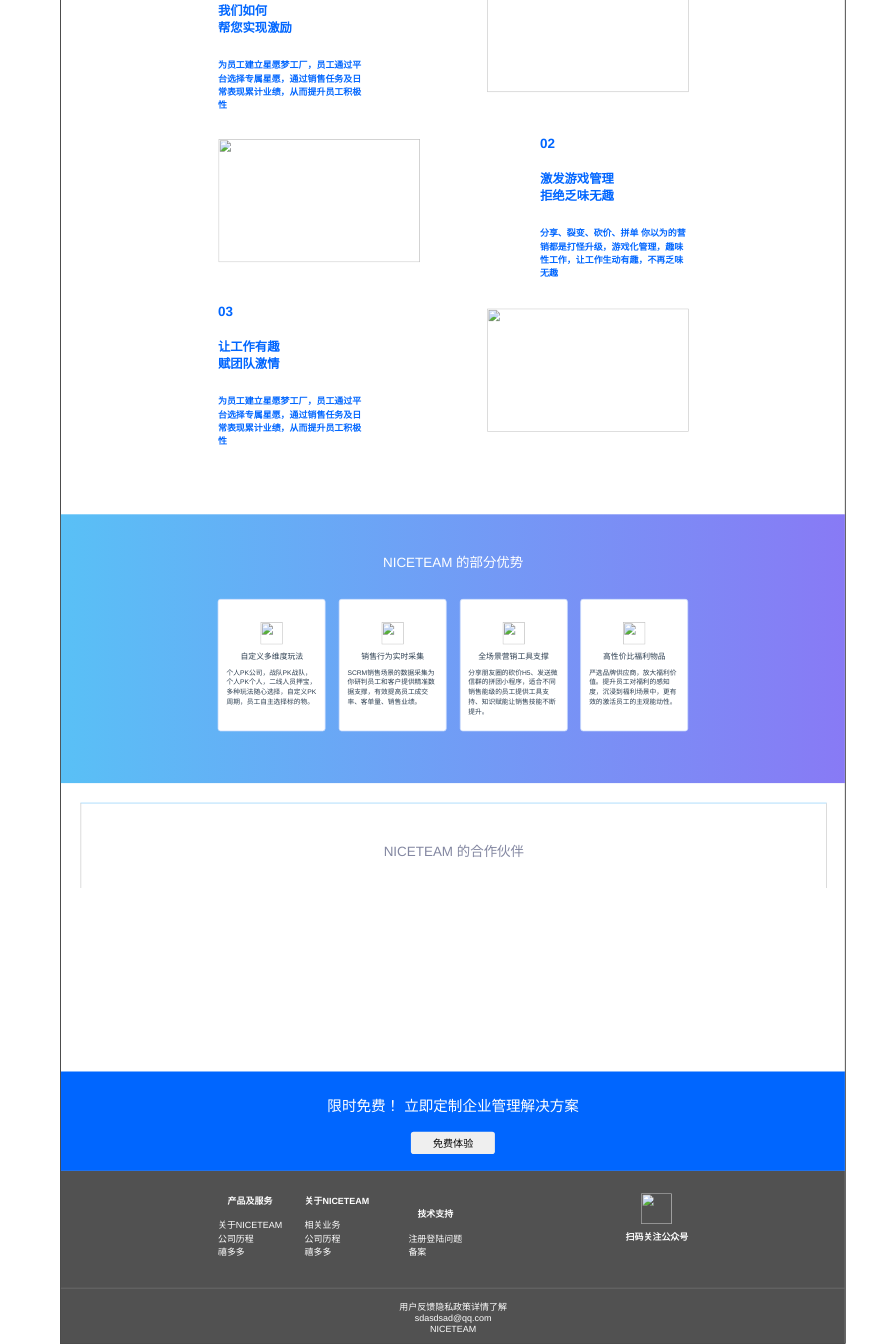
Repository: Alex-2020-0211/xrkj-guanwang
Page: / (app in src/)
These files come from the project's save history. The page is drawn as it stood at one moment and after the next save; the edit follows.
The browser window is 1280 px wide. The pictures show the part of the page from y = 1114 to 3034 px (the page is 3034 px tall), at 70% of full size.
The project was rebuilt for these pictures with package versions that can differ from the ones it lists, and the page was loaded fresh each time. Imported but missing from the stored project, and not drawn on this page: src/src/views/About.vue.

Above is the page before, as saved 2021-01-04 11:36:57.

### src/public/index.html
<!DOCTYPE html>
<html lang="en">
  <head>
    <meta charset="utf-8">
    <meta http-equiv="X-UA-Compatible" content="IE=edge">
    <meta name="viewport" content="width=device-width,initial-scale=1.0">
    <link rel="icon" href="<%= BASE_URL %>favicon.ico">
    <title><%= htmlWebpackPlugin.options.title %></title>
  </head>
  <body>
    <noscript>
      <strong>We're sorry but <%= htmlWebpackPlugin.options.title %> doesn't work properly without JavaScript enabled. Please enable it to continue.</strong>
    </noscript>
    <div id="app"></div>
    <!-- built files will be auto injected -->
  </body>
  <script>
    (function(){
      var html = document.documentElement;
      function onWindowResize(){
        html.style.fontSize = html.getBoundingClientRect().width / 16 + 'px';
      }
      window.addEventListener('resize',onWindowResize);
      onWindowResize();
    })();
  </script>
</html>

### src/src/main.js
import Vue from 'vue'
import ElementUI from 'element-ui'
import App from './App.vue'
import router from './router'
import store from './store'

import "../src/assets/css/reset.css"

Vue.config.productionTip = false

new Vue({
  router,
  store,
  render: h => h(App)
}).$mount('#app')

### src/src/App.vue
<template>
  <div id="app" v-cloak>
    <router-view />
  </div>
</template>

<style lang="scss">
[v-cloak] {
  display: none !important;
}
#app {
  font-family: Avenir, Helvetica, Arial, sans-serif;
  -webkit-font-smoothing: antialiased;
  -moz-osx-font-smoothing: grayscale;
  text-align: center;
  color: #2c3e50;
}
</style>

### src/src/assets/css/reset.css
html {
    overflow-x: auto;
    overflow-y: scroll;
}

body,
dl,
dt,
dd,
ul,
ol,
li,
pre,
form,
fieldset,
input,
p,
blockquote,
th,
td {
    font-weight: 400;
    margin: 0;
    padding: 0;
}

h1,
h2,
h3,
h4,
h4,
h5 {
    margin: 0;
    padding: 0;
}

body {
    background-color: #FFFFFF;
    color: #666666;
    font-family: Helvetica, Arial, sans-serif;
    font-size: 12px;
    padding: 0 10px;
    text-align: left;
}

select {
    font-size: 12px;
}

table {
    border-collapse: collapse;
}

fieldset,
img {
    border: 0 none;
}

fieldset {
    margin: 0;
    padding: 0;
}

fieldset p {
    margin: 0;
    padding: 0 0 0 8px;
}

legend {
    display: none;
}

address,
caption,
em,
strong,
th,
i {
    font-style: normal;
    font-weight: 400;
}

table caption {
    margin-left: -1px;
}

hr {
    border-bottom: 1px solid #FFFFFF;
    border-top: 1px solid #E4E4E4;
    border-width: 1px 0;
    clear: both;
    height: 2px;
    margin: 5px 0;
    overflow: hidden;
}

ol,
ul {
    list-style-image: none;
    list-style-position: outside;
    list-style-type: none;
}

caption,
th {
    text-align: left;
}

q:before,
q:after,
blockquote:before,
blockquote:after {
    content: ””;
}

### src/src/views/Home.vue
<template>
  <div class="home">
    <!-- 边框 -->
    <div class="border">
      <!-- 头部 -->
      <Header></Header>
      <!-- 介绍 -->
      <div class="introduce">
        <dl>
          <dt>应用价值</dt>
          <dd>VALUE</dd>
        </dl>
        <div class="content">
          <div class="container">
            <div class="item" @mouseenter="mouseenter()">
              <p class="circle"></p>
              <title>弹性福利</title>
              <p class="describe1">好的员工</p>
              <p class="describe1">是夸出来的</p>
            </div>
            <div class="item2" v-show="isDetail" @mouseleave="mouseleave()">
              <title>弹性福利</title>
              <p class="line"></p>
              <p class="detail">
                根据员工工作日常表现发放福利，员工选择心仪礼物，降低激励成本，提高激励效果
              </p>
            </div>
            <div class="item">
              <p class="circle"></p>
              <title>智能获客</title>
              <p class="describe2">最好的广告是口口相传</p>
            </div>
            <div class="item">
              <p class="circle"></p>
              <title>销售激励</title>
              <p class="describe3">让工作如此有趣真是不好意思</p>
            </div>
          </div>
        </div>
      </div>
      <!-- 方法原理 -->
      <div class="way">
        <div class="wayHeader">
          <h3>销售管理就选 NICETEAM</h3>
          <p>
            <span>高效协作</span> | <span>有效裂变</span> |
            <span>免费注册下载</span>
          </p>
        </div>
        <div class="means">
          <span class="sort">01</span>
          <p>我们如何</p>
          <p>帮您实现激励</p>
          <p class="star">
            为员工建立星愿梦工厂，员工通过平台选择专属星愿，通过销售任务及日常表现累计业绩，从而提升员工积极性
          </p>
        </div>
        <img class="img" src="" alt="" />
        <div class="means">
          <span class="sort" style="margin-left: 5.75rem;">02</span>
          <p style="margin-left: 5.75rem; width:2rem;">激发游戏管理</p>
          <p style="margin-left: 5.75rem; width:2rem;">拒绝乏味无趣</p>
          <p class="star" style="margin-left: 5.75rem;">
            分享、裂变、砍价、拼单
            你以为的营销都是打怪升级，游戏化管理，趣味性工作，让工作生动有趣，不再乏味无趣
          </p>
        </div>
        <img class="img" src="" alt="" style="top: 16.41rem; right: 8.5rem;" />
        <div class="means">
          <span class="sort">03</span>
          <p>让工作有趣</p>
          <p>赋团队激情</p>
          <p class="star">
            为员工建立星愿梦工厂，员工通过平台选择专属星愿，通过销售任务及日常表现累计业绩，从而提升员工积极性
          </p>
        </div>
        <img class="img" src="" alt="" style="top: 19.44rem;" />
      </div>
      <!-- 优势 -->
      <div class="advantage">
        <h5>NICETEAM 的部分优势</h5>
        <div class="advan">
          <div class="box">
            <img src="" alt="" />
            <dl>
              <dt>自定义多维度玩法</dt>
              <dd>
                个人PK公司，战队PK战队，个人PK个人，二线人员押宝，多种玩法随心选择，自定义PK周期，员工自主选择标的物。
              </dd>
            </dl>
          </div>
          <div class="box">
            <img src="" alt="" />
            <dl>
              <dt>销售行为实时采集</dt>
              <dd>
                SCRM销售场景的数据采集为你研判员工和客户提供精准数据支撑，有效提高员工成交率、客单量、销售业绩。
              </dd>
            </dl>
          </div>
          <div class="box">
            <img src="" alt="" />
            <dl>
              <dt>全场景营销工具支撑</dt>
              <dd>
                分享朋友圈的砍价H5、发送微信群的拼团小程序，适合不同销售能级的员工提供工具支持、知识赋能让销售技能不断提升。
              </dd>
            </dl>
          </div>
          <div class="box">
            <img src="" alt="" />
            <dl>
              <dt>高性价比福利物品</dt>
              <dd>
                严选品牌供应商，放大福利价值。提升员工对福利的感知度，沉浸到福利场景中，更有效的激活员工的主观能动性。
              </dd>
            </dl>
          </div>
        </div>
      </div>
      <!-- 合作伙伴 -->
      <div class="partners">
        <div class="friend">
          <h5>NICETEAM 的合作伙伴</h5>
        </div>
      </div>
      <!-- 底部 -->
      <div class="footer">
        <div class="footerTop">
          <h5>限时免费！ 立即定制企业管理解决方案</h5>
          <button>免费体验</button>
        </div>
        <div class="footerBottom">
          <div class="detail">
            <div class="left">
              <dl>
                <dt>产品及服务</dt>
                <dd>关于NICETEAM</dd>
                <dd>公司历程</dd>
                <dd>禧多多</dd>
              </dl>
              <dl>
                <dt>关于NICETEAM</dt>
                <dd>相关业务</dd>
                <dd>公司历程</dd>
                <dd>禧多多</dd>
              </dl>
              <dl class="jishu">
                <dt>技术支持</dt>
                <dd>注册登陆问题</dd>
                <dd>备案</dd>
                <dd style="height: 0.24rem;"></dd>
              </dl>
            </div>
            <div class="right">
              <img src="" alt="" />
              <p>扫码关注公众号</p>
            </div>
          </div>
          <p class="line"></p>
          <div class="bottom">
            <dl>
              <dt><span>用户反馈</span><span>隐私政策</span><span>详情了解</span></dt>
              <dd>sdasdsad@qq.com</dd>
            </dl>
            <p><img src="" alt=""><span>NICETEAM</span></p>
          </div>
        </div>
      </div>
    </div>
  </div>
</template>

<script>
// @ is an alias to /src
import Header from "../components/Header";

export default {
  name: "Home",
  components: {
    Header,
  },
  data() {
    return {
      isDetail: false,
    };
  },
  methods: {
    mouseenter() {
      console.log("111");
      this.isDetail = true;
    },
    mouseleave() {
      console.log("222");
      this.isDetail = false;
    },
  },
};
</script>

<style lang="scss" scoped>
.home {
  font-size: 0.16rem;
  .border {
    width: 88.88%;
    margin-top: 0.5rem;
    margin-left: 6.06%;
    border: 0.01rem solid #000;

    // 介绍
    .introduce {
      width: 100%;
      height: 5.5rem;
      dl {
        margin-top: 0.6rem;
        dt {
          font-size: 0.24rem;
          font-weight: bold;
          letter-spacing: 0.03rem;
          margin-bottom: 0.13rem;
        }
        dd {
          font-size: 0.18rem;
          font-weight: bold;
        }
      }
      .content {
        width: 60%;
        margin-left: 20%;
        margin-top: 0.6rem;
        .container {
          display: flex;
          justify-content: space-between;
          overflow: hidden;
          background-color: #fff;
          z-index: 999;
          .item {
            width: 2.25rem;
            height: 2.8rem;
            border: 0.01rem solid #ccc;
            border-radius: 0.15rem;
            .circle {
              width: 0.66rem;
              height: 0.66rem;
              margin-left: 0.79rem;
              margin-top: 0.46rem;
              margin-bottom: 0.15rem;
              border: 0.01rem solid rgb(78, 56, 56);
              border-radius: 50%;
            }
            title {
              display: block;
              letter-spacing: 0.01rem;
              margin-bottom: 0.5rem;
            }
            .describe1 {
              width: 0.8rem;
              margin-left: 0.725rem;
            }
            .describe2 {
              width: 0.8rem;
              margin-left: 0.725rem;
            }
            .describe3 {
              width: 1.2rem;
              margin-left: 0.525rem;
            }
          }
          @keyframes myfirst {
            from {
              top: 9.67rem;
            }
            to {
              top: 6.87rem;
            }
          }

          @-moz-keyframes myfirst {
            from {
              top: 9.67rem;
            }
            to {
              top: 6.87rem;
            }
          }

          @-webkit-keyframes myfirst {
            from {
              top: 9.67rem;
            }
            to {
              top: 6.87rem;
            }
          }

          @-o-keyframes myfirst {
            from {
              top: 9.67rem;
            }
            to {
              top: 6.87rem;
            }
          }
          .item2 {
            width: 2.25rem;
            height: 2.8rem;
            border: 0.01rem solid #ccc;
            border-radius: 0.15rem;
            color: #fff;
            background-color: #06f;
            position: absolute;
            left: 3.87rem;
            animation: myfirst 1s;
            z-index: 1;
            title {
              display: block;
              letter-spacing: 0.01rem;
              margin-top: 0.7rem;
              margin-bottom: 0.2rem;
              margin-left: 0.4rem;
              text-align: left;
            }
            .line {
              width: 0.5rem;
              border-bottom: 0.02rem solid #fff;
              margin-left: 0.4rem;
              margin-bottom: 0.2rem;
            }
            .detail {
              width: 1.4rem;
              text-align: left;
              margin-left: 0.4rem;
            }
          }
        }
      }
    }
    // 方法原理
    .way {
      height: 12rem;
      .wayHeader {
        height: 1.65rem;
        color: #fff;
        background-color: #06f;
        h3 {
          font-size: 0.24rem;
          padding-top: 0.4rem;
          padding-bottom: 0.27rem;
        }
        p {
          color: rgb(233, 229, 229);
          font-size: 0.2rem;
        }
      }
      .means {
        width: 60%;
        height: 2.4rem;
        margin-left: 20%;
        margin-top: 0.6rem;
        color: #06f;
        text-align: left;
        .sort {
          font-size: 0.24rem;
          font-weight: bold;
          display: block;
          margin-bottom: 0.3rem;
        }
        p {
          font-size: 0.22rem;
          font-weight: bold;
        }
        .star {
          width: 2.61rem;
          margin-top: 0.4rem;
          font-size: 0.16rem;
        }
      }
      .img {
        width: 3.6rem;
        height: 2.2rem;
        position: absolute;
        top: 13.38rem;
        right: 3.7rem;
      }
    }
    // 优点
    .advantage {
      width: 100%;
      height: 4.8rem;
      background: linear-gradient(to right, #59c0f6, #887af5);
      h5 {
        color: #fff;
        font-size: 0.24rem;
        font-weight: normal;
        padding-top: 0.66rem;
        padding-bottom: 0.5rem;
      }
      .advan {
        display: flex;
        width: 60%;
        margin-left: 20%;
        justify-content: space-between;
        .box {
          width: 1.9rem;
          height: 2.34rem;
          background-color: #fff;
          border-radius: 0.05rem;
          border: 0.02rem solid #cfdffd;
          // box-shadow: 5px 5px 3px #ccc;
          img {
            width: 0.4rem;
            height: 0.4rem;
            margin-top: 0.4rem;
            margin-bottom: 0.1rem;
          }
          dl {
            dt {
              font-size: 0.14rem;
              margin-bottom: 0.1rem;
            }
            dd {
              width: 85%;
              margin-left: 7.5%;
              font-size: 0.12rem;
              text-align: left;
            }
          }
        }
      }
    }
    // 合作伙伴
    .partners {
      height: 4.8rem;
      .friend {
        width: 95%;
        margin-left: 2.5%;
        margin-top: 2.5%;
        border-top: 0.02rem solid #90cffa;
        border-left: 0.01rem solid #ccc;
        border-right: 0.01rem solid #ccc;
        h5 {
          color: #8387a1;
          font-size: 0.24rem;
          font-weight: normal;
          padding-top: 0.66rem;
          padding-bottom: 0.5rem;
        }
      }
    }
    // 底部
    .footer{
      height: 4.85rem;
      .footerTop{
        height: 1.78rem;
        background-color: #06f;
        h5{
          font-size: 0.26rem;
          font-weight: normal;
          color: #fff;
          padding-top: 0.4rem;
          padding-bottom: 0.3rem;
        }
        button{
          // display: flex;
          width: 1.5rem;
          height: 0.4rem;
          line-height: 0.4rem;
          font-size: 0.18rem;
          border: 0;
          border-radius: 0.05rem;
        }
      }
      .footerBottom{
        height: 3.07rem;
        background-color: #515151;
        color: #fff;
        .detail{
          width: 60%;
          margin-left: 20%;
          padding-top: 0.4rem;
          display: flex;
          justify-content: space-between;
          .left{
            dl{
              display: inline-block;
              margin-right: 0.4rem;
              dt{
                font-weight: bold;
                margin-bottom: 0.2rem;
              }
              dd{
                text-align: left;
              }
            }
            .jishu{
              height: 1.2rem;
              margin-left: 0.3rem;
            }
          }
          .right{
            img{
              width: 0.55rem;
              height: 0.55rem;
            }
            p{
              font-weight: bold;
              margin-top: 0.05rem;
            }
          }
        }
        .line{
          border-bottom: 0.02rem solid #727272;
          margin-top: 0.25rem;
          margin-bottom: 0.2rem;
        }
      }
    }
  }
}
</style>

### src/src/components/Header.vue
<template>
  <div class="header">
    <div class="headerTop">
      <p class="bar">
        <img class="logo" src="../assets/img/logo.png" alt />
        <a>首页</a>
        <a>产品介绍</a>
        <a>解决方案</a>
        <a>客户案例</a>
        <a>关于</a>
      </p>
      <button class="tiyan">免费体验</button>
    </div>
    <div class="headerMain">
      <div class="theme">
        <dl>
          <dt>游戏化管理平台</dt>
          <dd>销售团队弹性激励</dd>
        </dl>
        <p class="jianjie">
          NICETEAM:
          一个促进全员销售的员工激励平台，让销售更轻松，让管理更高效，让工作更有趣
        </p>
        <button class="knowMore">立即了解</button>
      </div>
      <img class="mainImg" src="" alt />
    </div>
  </div>
</template>

<script>
export default {
  name: "Header",
  props: {},
  data() {},
  methods: {},
};
</script>

<!-- Add "scoped" attribute to limit CSS to this component only -->
<style scoped lang="scss">
// 头部
.header {
  width: 100%;
  height: 4.5rem;
  color: #fff;
  background-color: #06f;
  .headerTop {
    width: 60%;
    margin-left: 20%;
    padding-top: 0.3rem;
    display: flex;
    justify-content: space-around;
    align-items: center;
    .logo {
      width: 0.7rem;
      height: 0.55rem;
    }
    .bar {
      width: 60%;
      font-weight: bold;
      display: flex;
      justify-content: space-around;
      align-items: center;
    }
    .tiyan {
      width: 1rem;
      height: 0.3rem;
      color: #fff;
      border: 0.01rem solid #fff;
      border-radius: 0.05rem;
      background-color: #7fb2ff;
    }
  }
  .headerMain {
    width: 60%;
    height: 2.7rem;
    margin-top: 0.35rem;
    margin-left: 20%;
    display: flex;
    justify-content: space-between;
    .theme {
      height: 100%;
      display: flex;
      flex-direction: column;
      justify-content: space-between;
      dl {
        dt {
          font-size: 0.2rem;
          font-weight: bold;
          text-align: left;
          margin-bottom: 0.03rem;
        }
        dd {
          text-align: left;
        }
      }
      .jianjie {
        width: 3rem;
        text-align: left;
      }
      .knowMore {
        width: 1.5rem;
        height: 0.5rem;
        color: #fff;
        font-size: 0.18rem;
        letter-spacing: 0.02rem;
        background-color: #f63;
        border: 0;
        border-radius: 0.05rem;
      }
    }
    .mainImg {
      width: 3.8rem;
      height: 2.7rem;
    }
  }
}
</style>

Loaded but not shown: src/src/router/index.js (common file); src/src/store/index.js (no copy from this time; the picture is the same without it)

After the next save:
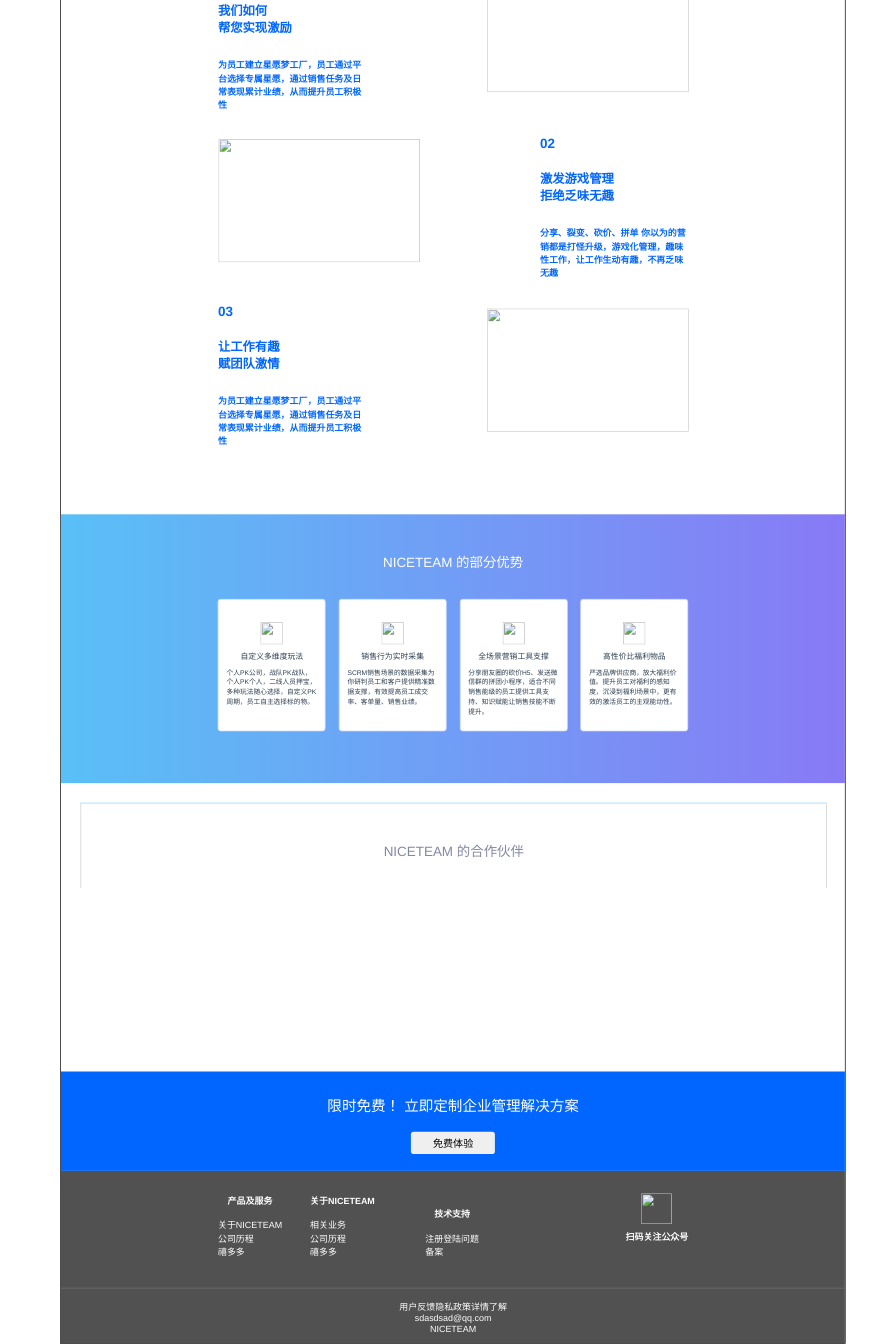
Saved 24 s later.
--- a/src/src/views/Home.vue
+++ b/src/src/views/Home.vue
@@ -483,7 +483,7 @@
           .left{
             dl{
               display: inline-block;
-              margin-right: 0.4rem;
+              margin-right: 0.5rem;
               dt{
                 font-weight: bold;
                 margin-bottom: 0.2rem;
@@ -494,7 +494,7 @@
             }
             .jishu{
               height: 1.2rem;
-              margin-left: 0.3rem;
+              margin-left: 0.4rem;
             }
           }
           .right{
